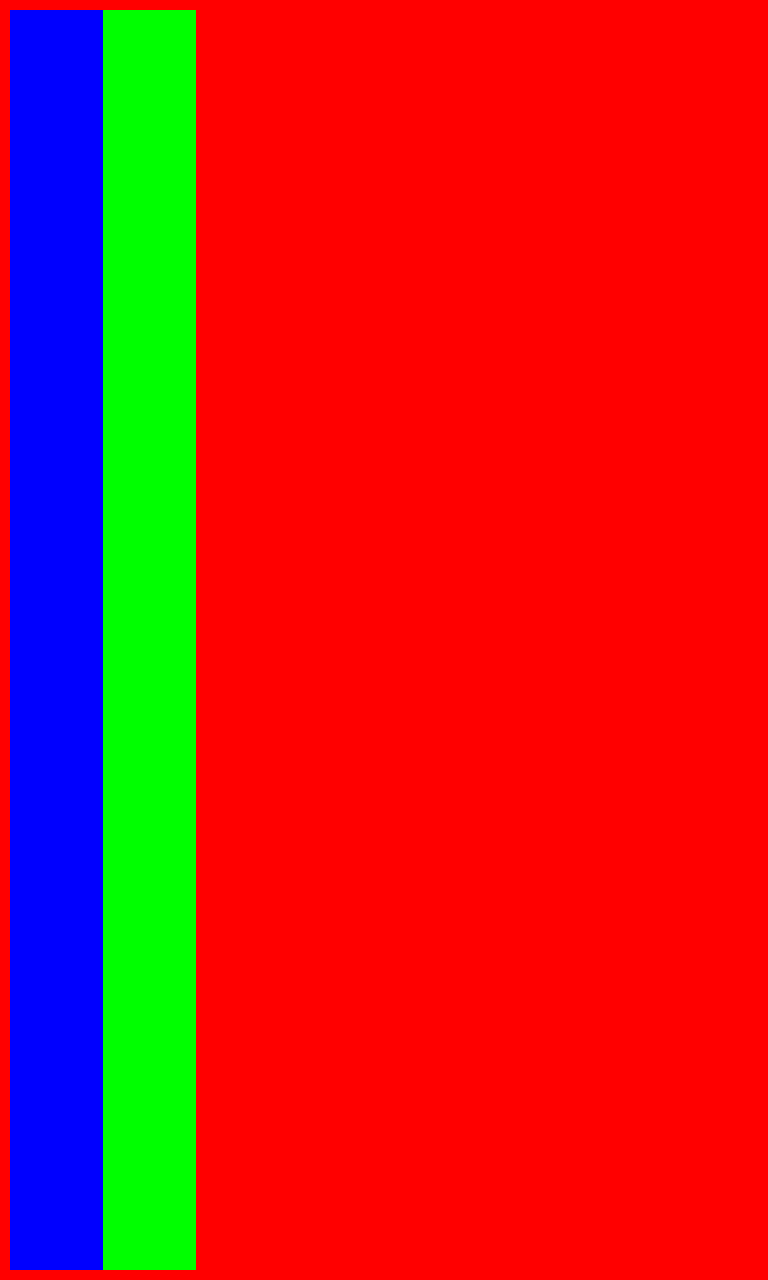
Repository: SpaceApp-TheTeam/mobileApp
Layout: Nasa/res/layout/one.xml
These files come from the project's save history. The layout is drawn as it stood at one moment and after the next save; the edit follows.
It is drawn on a 768 x 1280 px phone screen (xhdpi) without system bars, with theme AppTheme; the app's code is not run.

Above is the layout before, as saved 2015-04-11 21:43:48.

### Nasa/res/layout/one.xml
<?xml version="1.0" encoding="utf-8"?>
<LinearLayout xmlns:android="http://schemas.android.com/apk/res/android"

    android:layout_width="match_parent"
    android:layout_height="match_parent"
    android:background="#FF0000"
    android:weightSum="4"
    android:orientation="horizontal"
    android:padding="5dp"> <!-- to show what the parent is -->

    <LinearLayout
        android:id="@+id/linear1"
        android:layout_width="0dp"
        android:layout_weight=".5"
        android:layout_height="match_parent"
        android:background="#0000FF"
        android:orientation="horizontal" />

    <LinearLayout
        android:layout_width="0dp"
        android:layout_weight=".5"
        android:layout_height="match_parent"
        android:background="#00FF00" />

</LinearLayout>

Loaded but not shown: Nasa/res/values/styles.xml (common file); Nasa/res/values-v11/styles.xml (common file); Nasa/res/values-v14/styles.xml (common file)

After the next save:
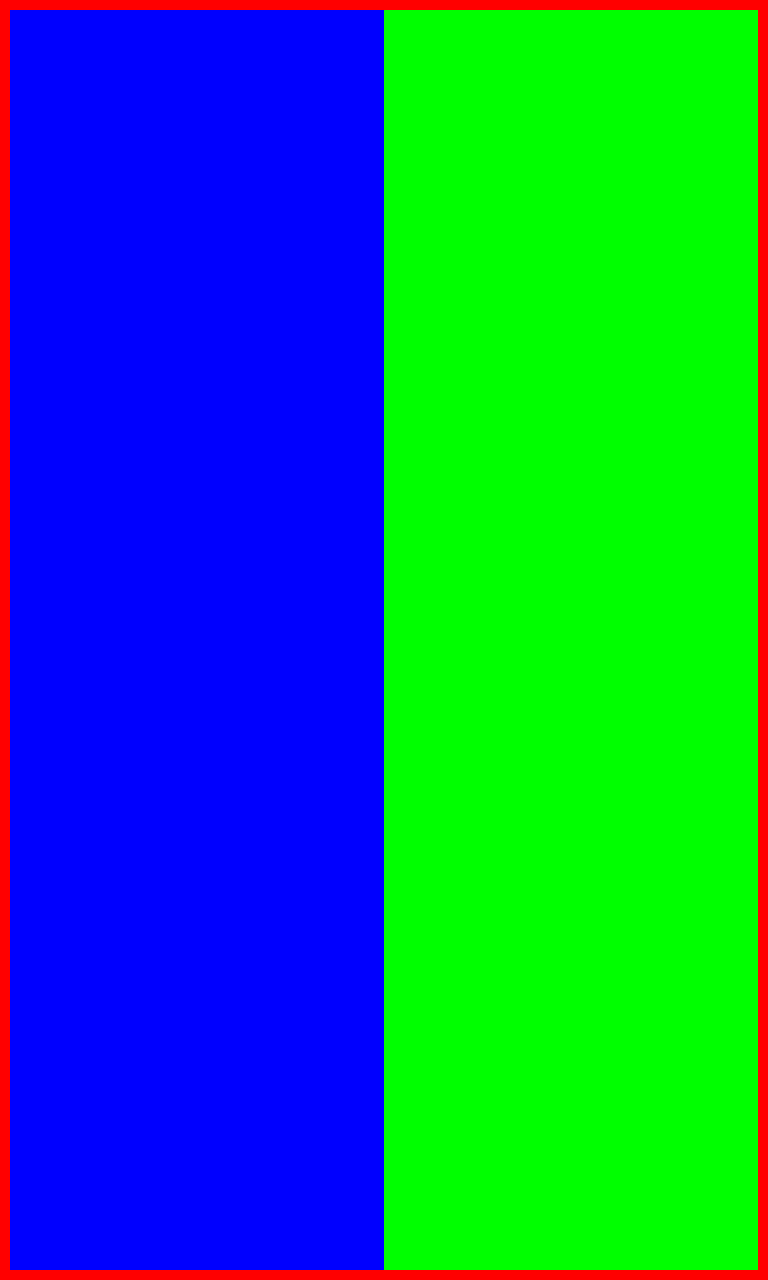
Saved 17 s later.
--- a/Nasa/res/layout/one.xml
+++ b/Nasa/res/layout/one.xml
@@ -11,14 +11,14 @@
     <LinearLayout
         android:id="@+id/linear1"
         android:layout_width="0dp"
-        android:layout_weight=".5"
+        android:layout_weight="2"
         android:layout_height="match_parent"
         android:background="#0000FF"
         android:orientation="horizontal" />
 
     <LinearLayout
         android:layout_width="0dp"
-        android:layout_weight=".5"
+        android:layout_weight="2"
         android:layout_height="match_parent"
         android:background="#00FF00" />
 
